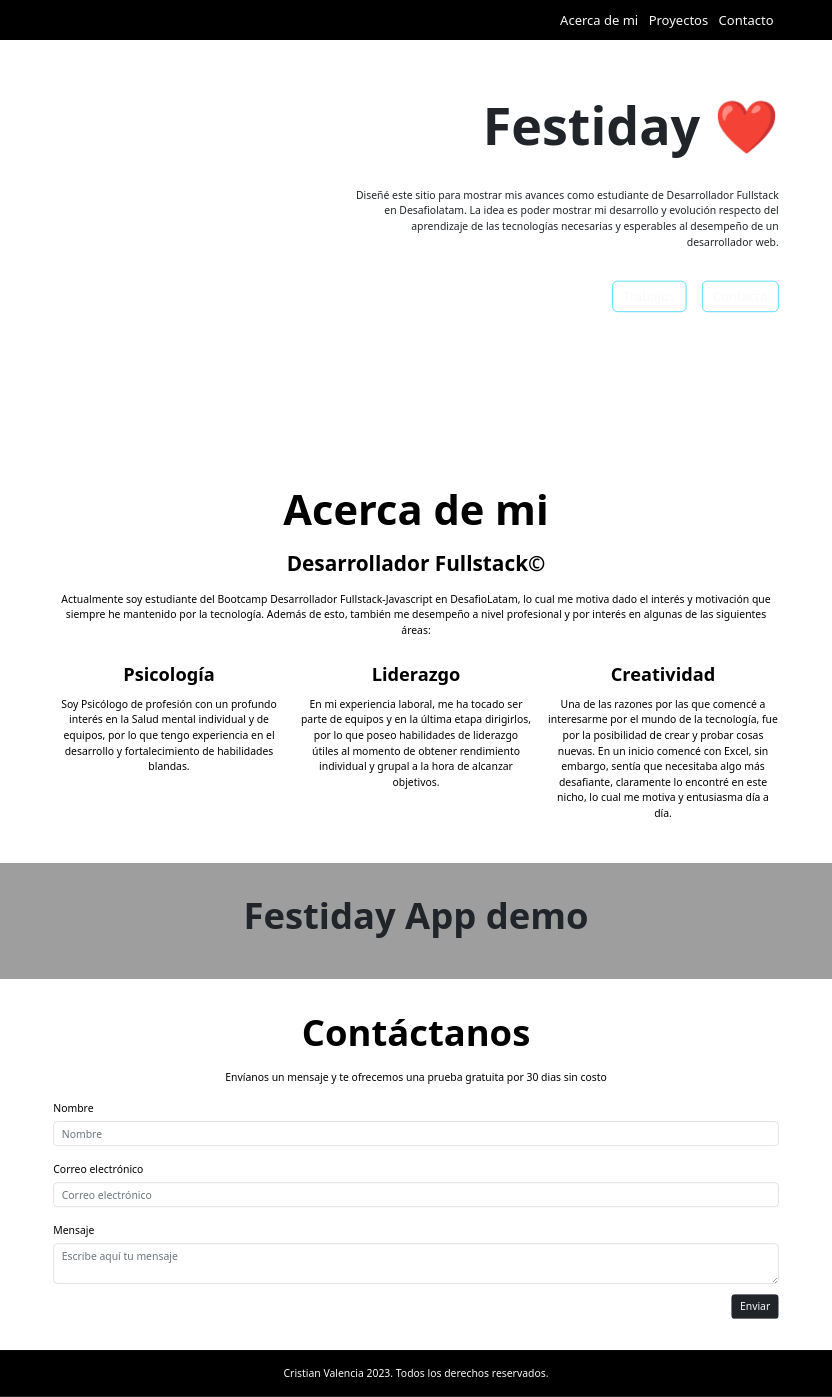
Repository: cvalenciapatagonia/Desafio-4-React-I
Page: /
An editor plug-in stored every save of this project. The page is shown before and after the next save, followed by the edit.
The browser window is 1280 px wide. The pictures show the whole page, at 65% of full size.
Pictures or frames that could not be fetched are drawn as grey boxes. The project was rebuilt for these pictures with package versions that can differ from the ones it lists, and the page was loaded fresh each time. Also part of the build but not shown: vite.config.js, src/App.css.

Above is the page before, as saved 2023-09-07 17:53:55.

After the next save:
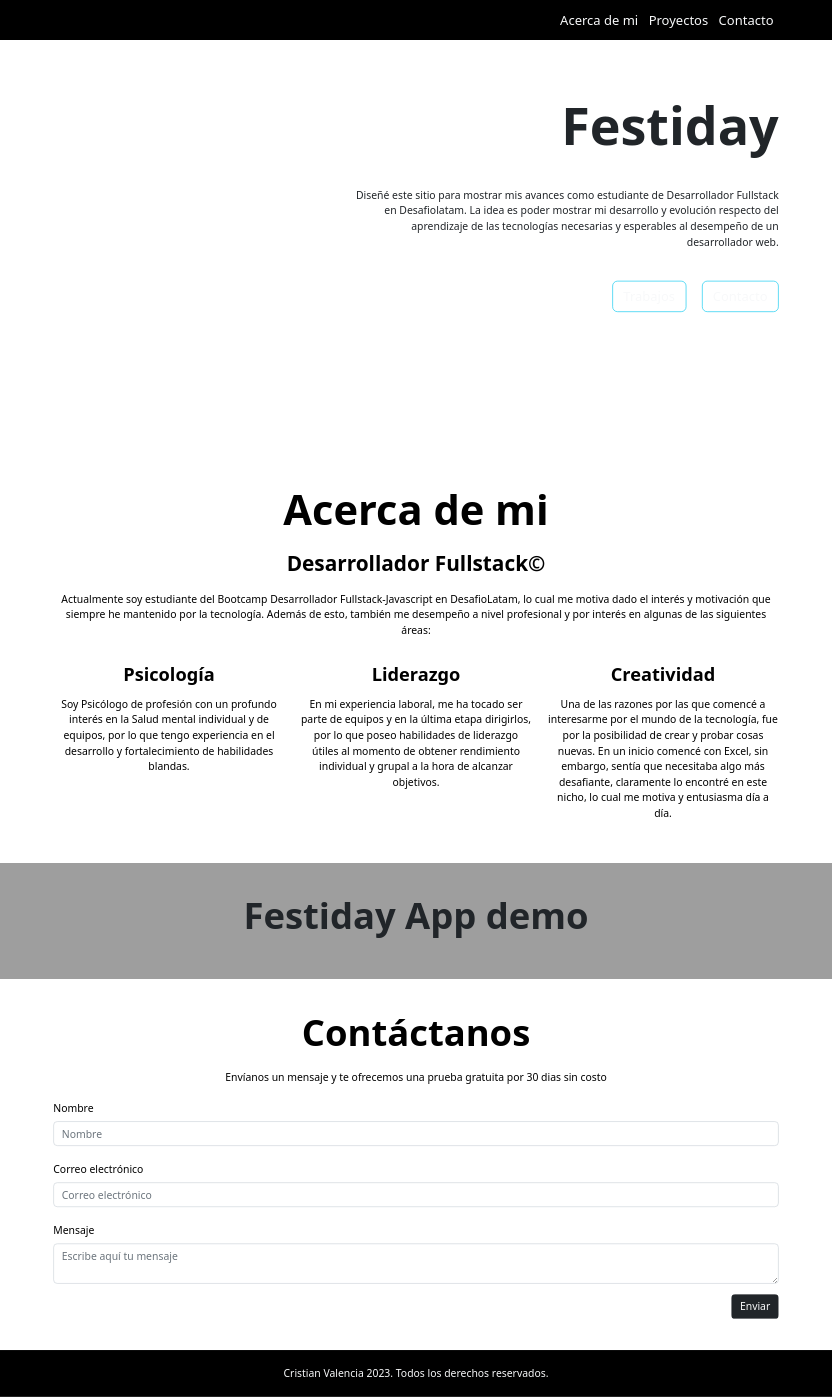
Saved 21 s later.
--- a/src/App.jsx
+++ b/src/App.jsx
@@ -61,7 +61,7 @@
         <div className="container">
           <div className="ms-auto col-12 col-md-7">
             <h1 className="display-1 fw-bold my-5">
-Festiday  ❤️            {/* El signo agregado significa "cursando" */}
+Festiday              {/* El signo agregado significa "cursando" */}
             </h1>
             <p className="my-5">
               Diseñé este sitio para mostrar mis avances como estudiante de
